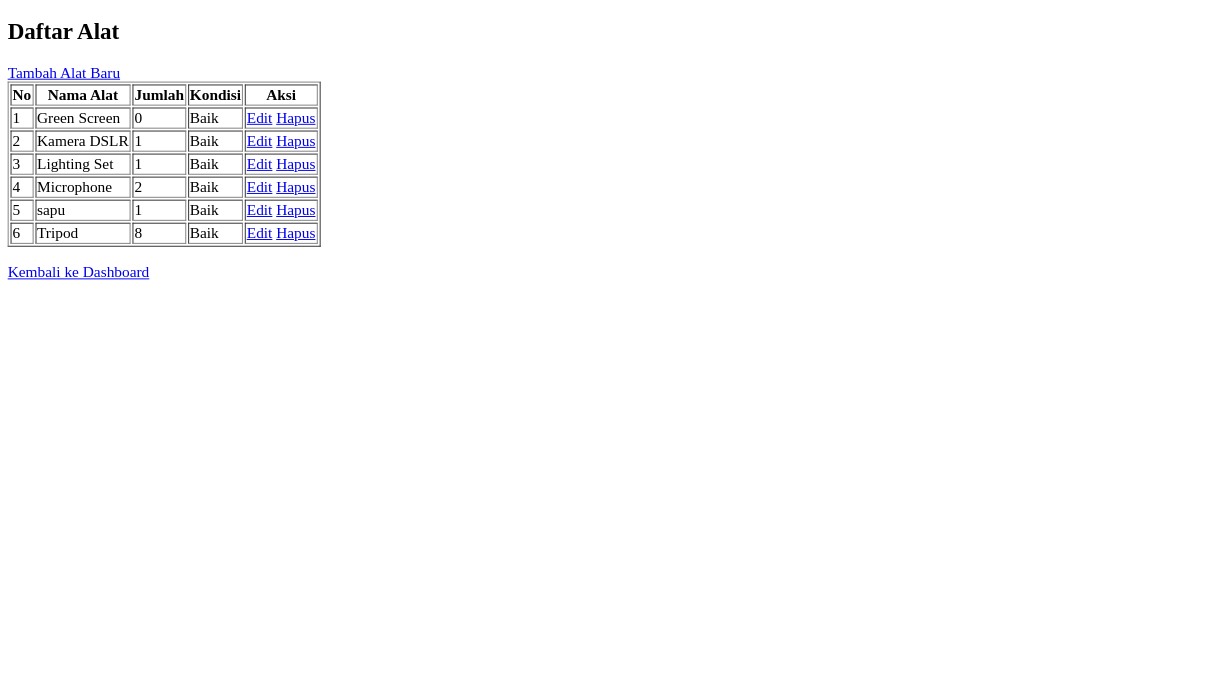
Repository: fatkquladhim/multimedia_app
Page: http://localhost/admin/daftar alat/daftar-alat.php
The author's editor kept a copy of each file at every save. The page is drawn from the files as they stood at one save, then again after the next save.
The browser window is 1280 px wide. The pictures show the whole page, at 96% of full size.
Some web libraries are served in a nearby version. The page is run by PHP 8.4 with error messages shown; the project is at /var/www/html/. The session is filled in as if someone had signed in: {"user_id": 2, "username": "asep", "role": "admin"}. The database holds what the project's SQL file puts in it.

Above is the page before, as saved 2025-07-18 22:57:41.

After the next save:
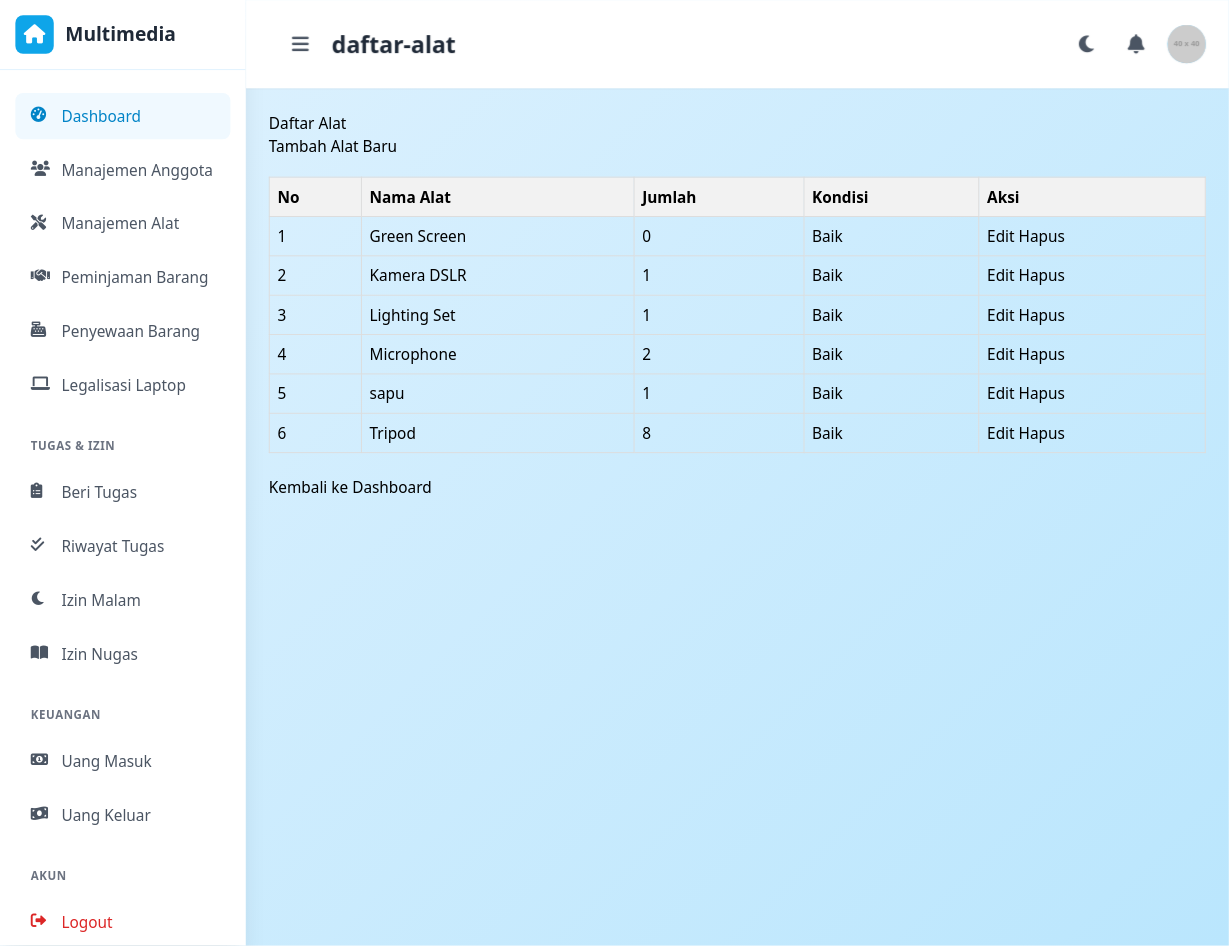
Saved 18 s later.
--- a/admin/daftar alat/daftar-alat.php
+++ b/admin/daftar alat/daftar-alat.php
@@ -11,14 +11,9 @@ $conn = new mysqli(DB_HOST, DB_USER, DB_PASS, DB_NAME);
 // Ambil daftar alat
 $query = "SELECT * FROM alat ORDER BY nama_alat";
 $result = $conn->query($query);
+include '../header.php'; // Path relatif dari 'anggota/'
 ?>
 
-<!DOCTYPE html>
-<html>
-<head>
-    <title>Daftar Alat</title>
-</head>
-<body>
     <h2>Daftar Alat</h2>
 
     <a href="tambah-barang.php" class="btn-tambah">Tambah Alat Baru</a>
